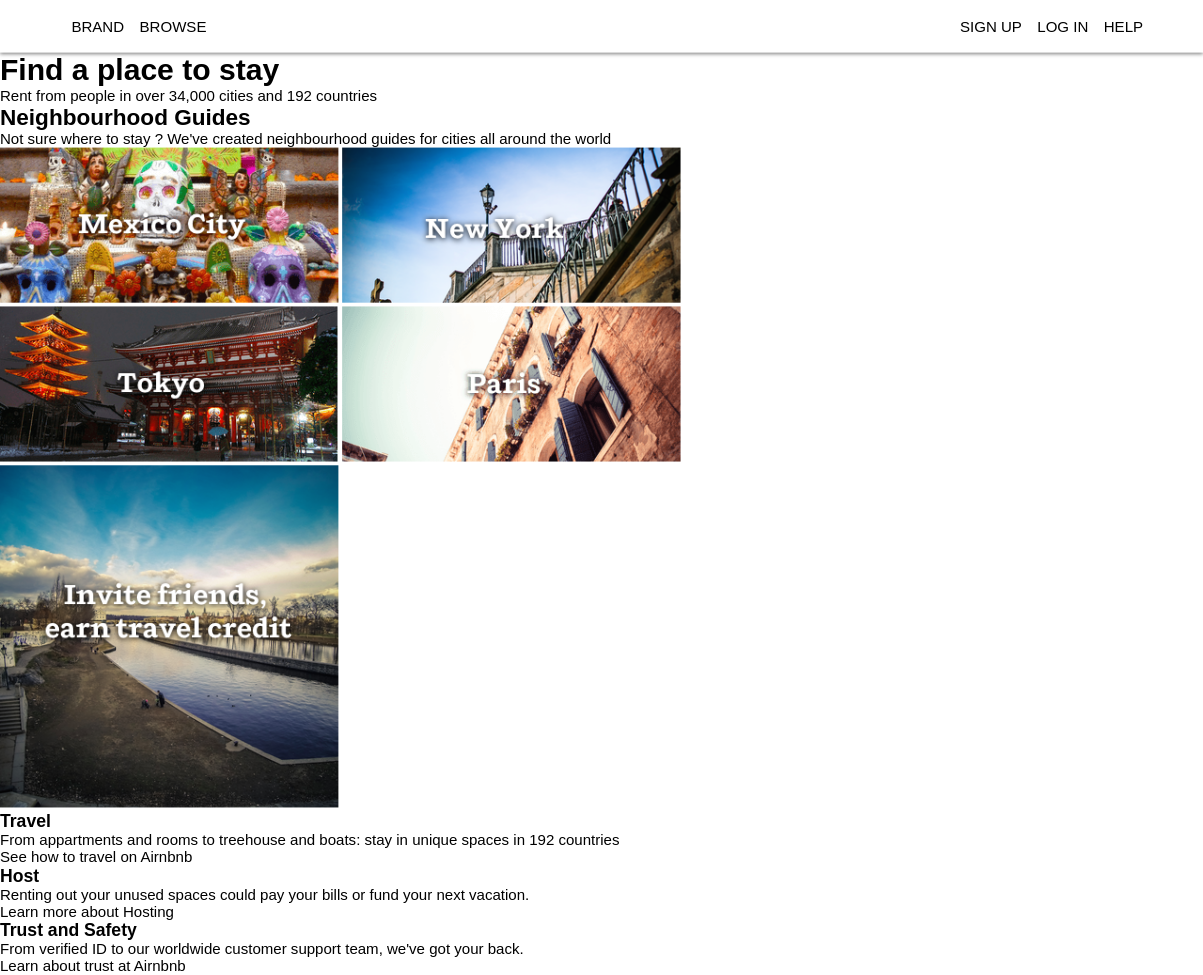
Repository: Naohonproject/web101x02_asm1
Page: Project2.html
The author's editor kept a copy of each file at every save. The page is drawn from the files as they stood at one save, then again after the next save.
The browser window is 1280 px wide. The pictures show the whole page, at 94% of full size.

Above is the page before, as saved 2022-01-15 17:01:05.

After the next save:
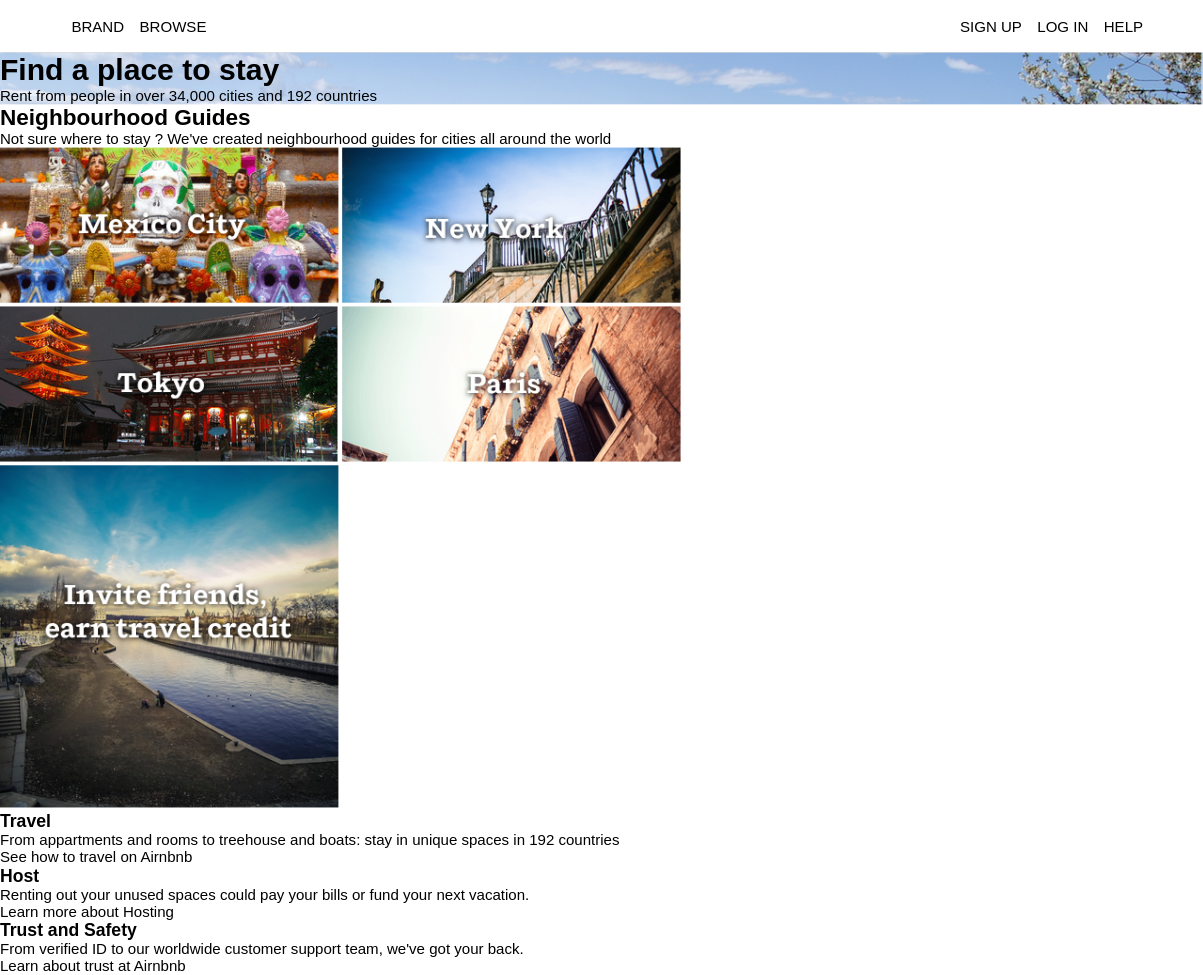
Saved 3 min 43 s later.
--- a/assets/css/style.css
+++ b/assets/css/style.css
@@ -66,3 +66,7 @@ html {
 .header-wrapper {
 	padding: 20px 64px;
 }
+
+#banner {
+	background-image: url(../img/banner/banner.png);
+}
